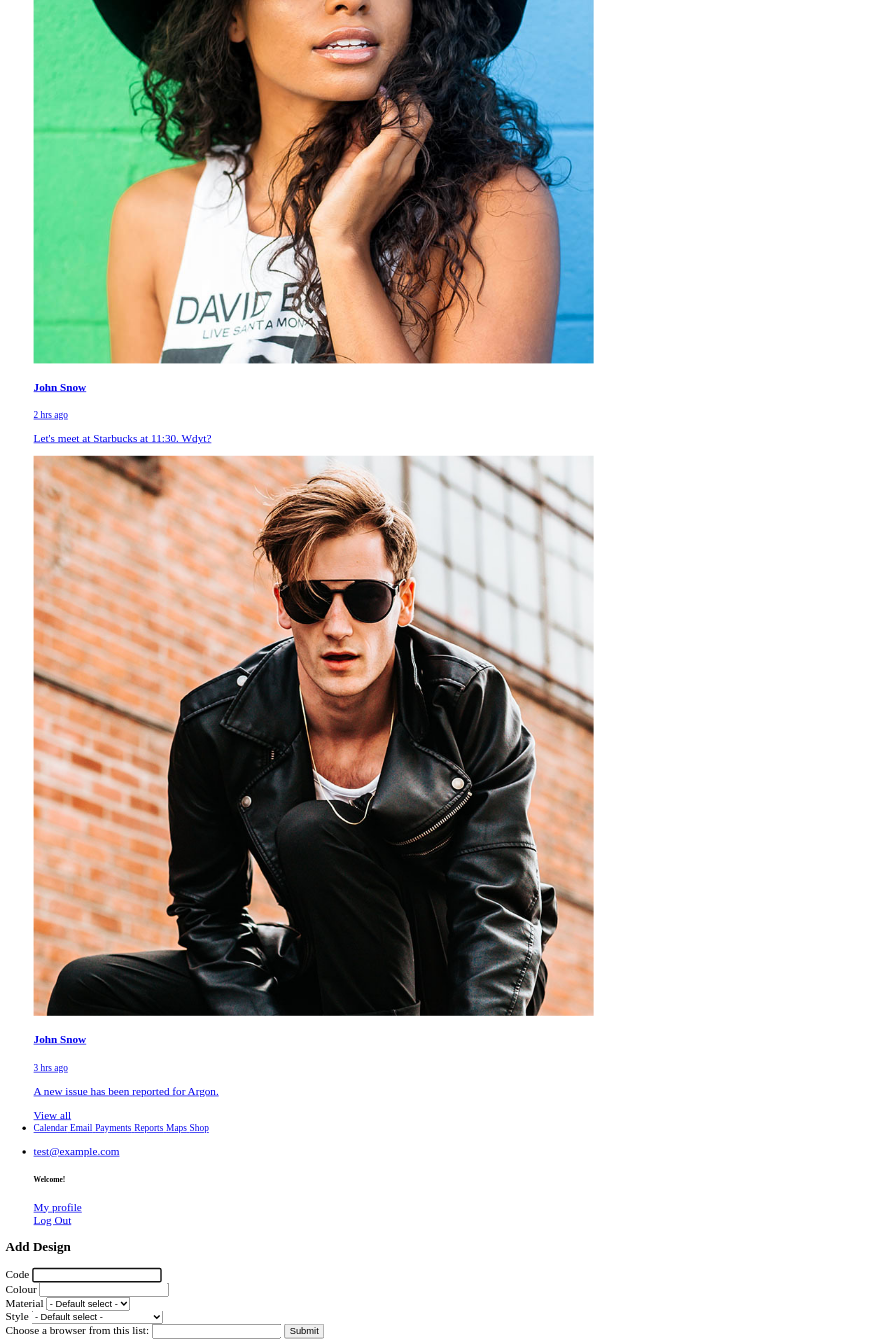
Repository: amirulaizat2004/tailorsystem-internship
Page: resources/views/design/create.blade.php
An editor plug-in stored every save of this project. The page is shown before and after the next save, followed by the edit.
The browser window is 1280 px wide. The pictures show the part of the page from y = 3583 to 5503 px (the page is 5503 px tall before and 5502 px after), at 70% of full size.
The page is served by the project's Laravel application, run on PHP 8.4 with Laravel 8. A made-up administrator, Test User (test@example.com), is signed in. Other server files are loaded and not shown. The template is opened directly, without the code that normally fills it, so the values that code supplies are empty.

Above is the page before, as saved 2021-10-27 13:44:54.

### routes/web.php
<?php

use App\Models\Customer;
use Illuminate\Http\Request;
use Illuminate\Support\Facades\Route;
use App\Http\Controllers\OrderController;
use App\Http\Controllers\DesignController;
use App\Http\Controllers\MeasureController;
use App\Http\Controllers\CustomerController;
use App\Http\Controllers\DashboardController;
use Illuminate\Routing\Route as RoutingRoute;

/*
|--------------------------------------------------------------------------
| Web Routes
|--------------------------------------------------------------------------
|
| Here is where you can register web routes for your application. These
| routes are loaded by the RouteServiceProvider within a group which
| contains the "web" middleware group. Now create something great!
|
*/

Route::get('/', function () {
    return view('welcome');
});

Route::get('/dashboard', function () {
    return view('dashboard');
})->middleware(['auth'])->name('dashboard');

Route::get('/dashboardtailor', [DashboardController::class, 'index'])->middleware(['auth'])->name('dashboardtailor');

Route::get('fullcalendar', [DashboardController::class, 'fullcalendar'])->middleware(['auth'])->name('fullcalendar');

Route::resource('customer', CustomerController::class)->middleware(['auth']);
Route::get('createcust', [CustomerController::class, 'create'])->middleware(['auth'])->name('createcust');
Route::get('indexcust', [CustomerController::class, 'index'])->middleware(['auth'])->name('indexcust');

Route::resource('design', DesignController::class)->middleware(['auth']);
Route::get('designcreate/{id}', [DesignController::class, 'create'])->middleware(['auth'])->name('designcreate');
Route::get('designadd/{id}', [DesignController::class, 'add'])->middleware(['auth'])->name('designadd');

Route::resource('measure', MeasureController::class)->middleware(['auth']);
Route::get('measurecreate/{id}', [MeasureController::class, 'create'])->middleware(['auth'])->name('measurecreate');
Route::post('measure-store', [MeasureController::class, 'store'])->middleware(['auth'])->name('measurestore');

Route::resource('order', OrderController::class)->middleware(['auth']);
Route::get('ordercreate/{id}', [OrderController::class, 'create'])->middleware(['auth'])->name('ordercreate');
Route::get('ordershow/{id}', [OrderController::class, 'show'])->middleware(['auth'])->name('ordershow');
Route::get('orderstatus/{id}', [OrderController::class, 'status'])->middleware(['auth'])->name('orderstatus');
Route::put('updatestatus/{id}', [OrderController::class, 'updatestatus'])->middleware(['auth'])->name('updatestatus');

Route::get('add', [CustomerController::class, 'add'])->name('add');

require __DIR__.'/auth.php';

### routes/auth.php
<?php

use App\Http\Controllers\Auth\AuthenticatedSessionController;
use App\Http\Controllers\Auth\ConfirmablePasswordController;
use App\Http\Controllers\Auth\EmailVerificationNotificationController;
use App\Http\Controllers\Auth\EmailVerificationPromptController;
use App\Http\Controllers\Auth\NewPasswordController;
use App\Http\Controllers\Auth\PasswordResetLinkController;
use App\Http\Controllers\Auth\RegisteredUserController;
use App\Http\Controllers\Auth\VerifyEmailController;
use Illuminate\Support\Facades\Route;

Route::get('/register', [RegisteredUserController::class, 'create'])
                ->middleware('auth')
                ->name('register');

Route::post('/register', [RegisteredUserController::class, 'store'])
                ->middleware('auth');

Route::get('/login', [AuthenticatedSessionController::class, 'create'])
                ->middleware('guest')
                ->name('login');

Route::post('/login', [AuthenticatedSessionController::class, 'store'])
                ->middleware('guest');

Route::get('/forgot-password', [PasswordResetLinkController::class, 'create'])
                ->middleware('guest')
                ->name('password.request');

Route::post('/forgot-password', [PasswordResetLinkController::class, 'store'])
                ->middleware('guest')
                ->name('password.email');

Route::get('/reset-password/{token}', [NewPasswordController::class, 'create'])
                ->middleware('guest')
                ->name('password.reset');

Route::post('/reset-password', [NewPasswordController::class, 'store'])
                ->middleware('guest')
                ->name('password.update');

Route::get('/verify-email', [EmailVerificationPromptController::class, '__invoke'])
                ->middleware('auth')
                ->name('verification.notice');

Route::get('/verify-email/{id}/{hash}', [VerifyEmailController::class, '__invoke'])
                ->middleware(['auth', 'signed', 'throttle:6,1'])
                ->name('verification.verify');

Route::post('/email/verification-notification', [EmailVerificationNotificationController::class, 'store'])
                ->middleware(['auth', 'throttle:6,1'])
                ->name('verification.send');

Route::get('/confirm-password', [ConfirmablePasswordController::class, 'show'])
                ->middleware('auth')
                ->name('password.confirm');

Route::post('/confirm-password', [ConfirmablePasswordController::class, 'store'])
                ->middleware('auth');

Route::post('/logout', [AuthenticatedSessionController::class, 'destroy'])
                ->middleware('auth')
                ->name('logout');

### resources/views/design/create.blade.php
@extends('layout.app')


@section('content')

<div class="card">

  <div class="card-header">
    <h3 class="mb-0">Add Design</h3>
  </div>

<form method="post" action="{{ route('design.store') }}">
    @csrf

<div class="col-lg-11 ml-4 mt-3 mb-3">
    <div class="form-group">
        <label for="code">Code</label>
        <input type="text" class="form-control @error('code') is-invalid @enderror"
        id="code" name="code" required autofocus readonly value="{{ $codes }}">
      </div>

    <div class="form-group">
      <label for="color">Colour</label>
      <input type="text" class="form-control @error('color') is-invalid @enderror"
      id="color"  name="color" value="{{ old('color') }}">
    </div>

    <div class="form-group">
      <label for="material">Material</label>
      <select class="form-control"
      id="material" name="material">
        <option>- Default select -</option>
        <option value="Cotton"> Cotton </option>
        <option value="Jacquard"> Jacquard </option>
        <option value="Crepe"> Crepe </option>
        <option value="Rayon"> Rayon </option>
        <option value="Chiffon"> Chiffon </option>
        <option value="Satin"> Satin </option>
      </select>
    </div>

    <div class="form-group">
        <label for="style">Style</label>
        <select class="form-control @error('style') is-invalid @enderror"
        id="style" name="style" value="{{ old('style') }}">
        <datalist class="form-control @error('style') is-invalid @enderror"
        id="style" name="style" value="{{ old('style') }}">
        <option>- Default select -</option>
        <option value="Baju Melayu Cekak Musang"> Baju Melayu Cekak Musang </option>
        <option value="Baju Melayu Teluk Belanga"> Baju Melayu Teluk Belanga </option>
      </datalist>
      </select>
    </div>

    <label for="myBrowser">Choose a browser from this list:</label>
<input list="browsers" id="myBrowser" name="myBrowser" />
<datalist id="browsers">
  <option value="Chrome">
  <option value="Firefox">
  <option value="Internet Explorer">
  <option value="Opera">
  <option value="Safari">
  <option value="Microsoft Edge">
</datalist>

    <button type="submit" class="btn btn-primary">Submit</button>

  </div>
  </form>

</div>
@endsection

@section('scripts')
<script>
$(document).ready(function() {
    $('.form-control').select2();
});
</script>

@endsection

Loaded but not shown: app/Models/User.php (common file); resources/views/layout/app.blade.php (418 lines, source omitted)

After the next save:
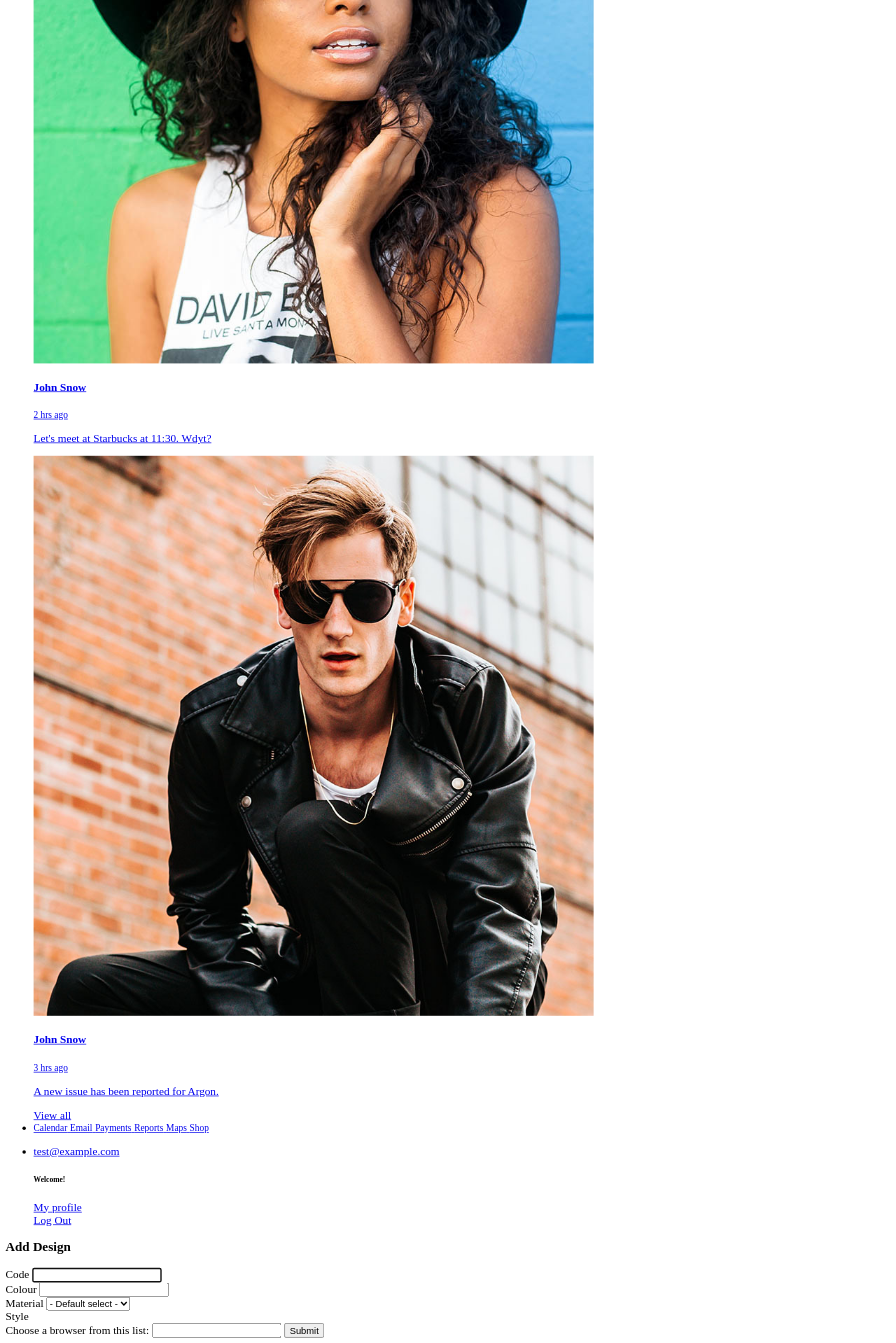
Saved 7 s later.
--- a/resources/views/design/create.blade.php
+++ b/resources/views/design/create.blade.php
@@ -41,15 +41,14 @@
 
     <div class="form-group">
         <label for="style">Style</label>
-        <select class="form-control @error('style') is-invalid @enderror"
-        id="style" name="style" value="{{ old('style') }}">
+
         <datalist class="form-control @error('style') is-invalid @enderror"
         id="style" name="style" value="{{ old('style') }}">
         <option>- Default select -</option>
         <option value="Baju Melayu Cekak Musang"> Baju Melayu Cekak Musang </option>
         <option value="Baju Melayu Teluk Belanga"> Baju Melayu Teluk Belanga </option>
       </datalist>
-      </select>
+
     </div>
 
     <label for="myBrowser">Choose a browser from this list:</label>

After the 4 saves that followed:
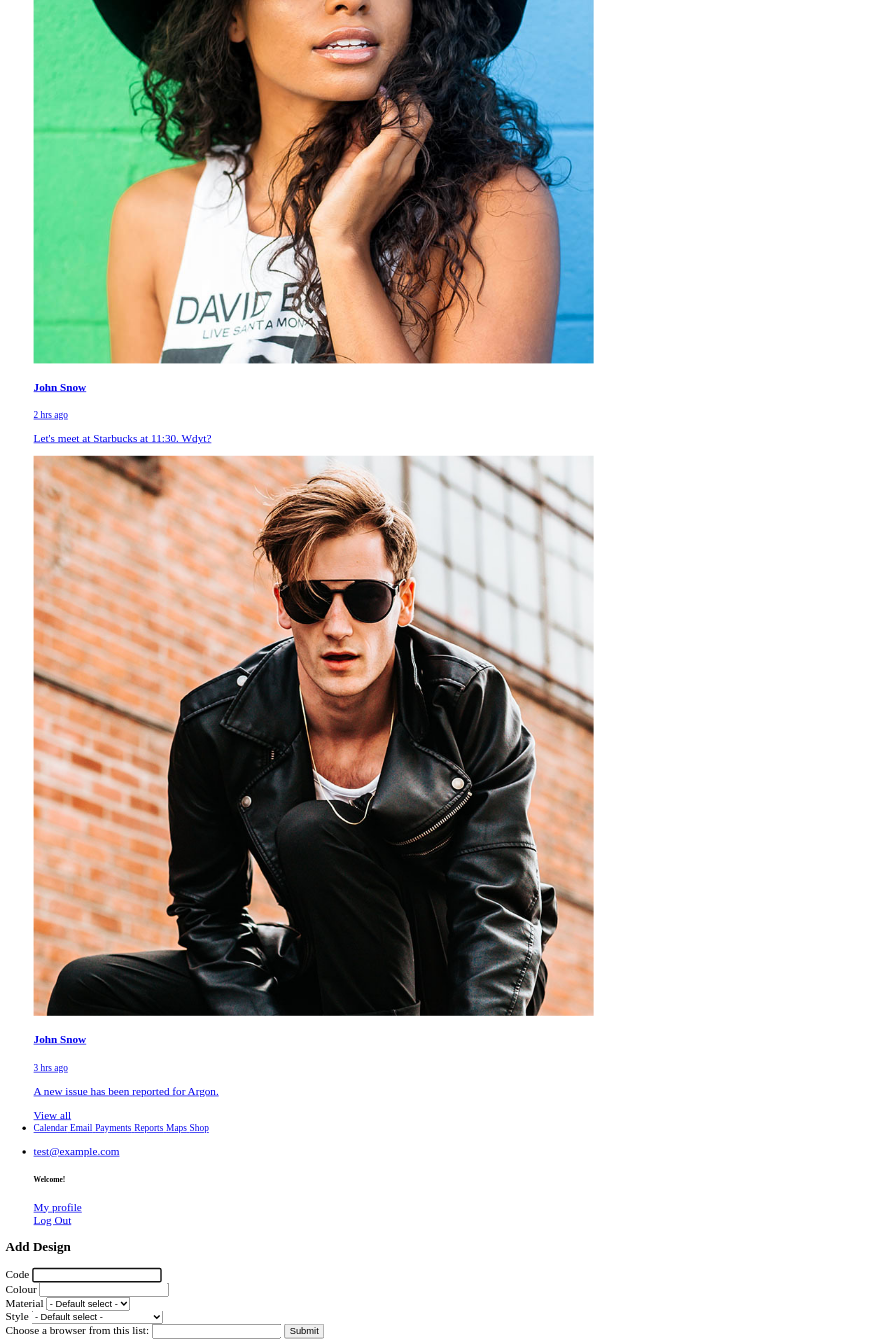
The 4 saves are shown as one change because 3 left the picture as it was.
The last was saved 63 s later.
--- a/resources/views/design/create.blade.php
+++ b/resources/views/design/create.blade.php
@@ -41,14 +41,14 @@
 
     <div class="form-group">
         <label for="style">Style</label>
-
-        <datalist class="form-control @error('style') is-invalid @enderror"
+        <select class="form-control @error('style') is-invalid @enderror"
         id="style" name="style" value="{{ old('style') }}">
+        <datalist id="browsers">
         <option>- Default select -</option>
         <option value="Baju Melayu Cekak Musang"> Baju Melayu Cekak Musang </option>
         <option value="Baju Melayu Teluk Belanga"> Baju Melayu Teluk Belanga </option>
       </datalist>
-
+      </select>
     </div>
 
     <label for="myBrowser">Choose a browser from this list:</label>
